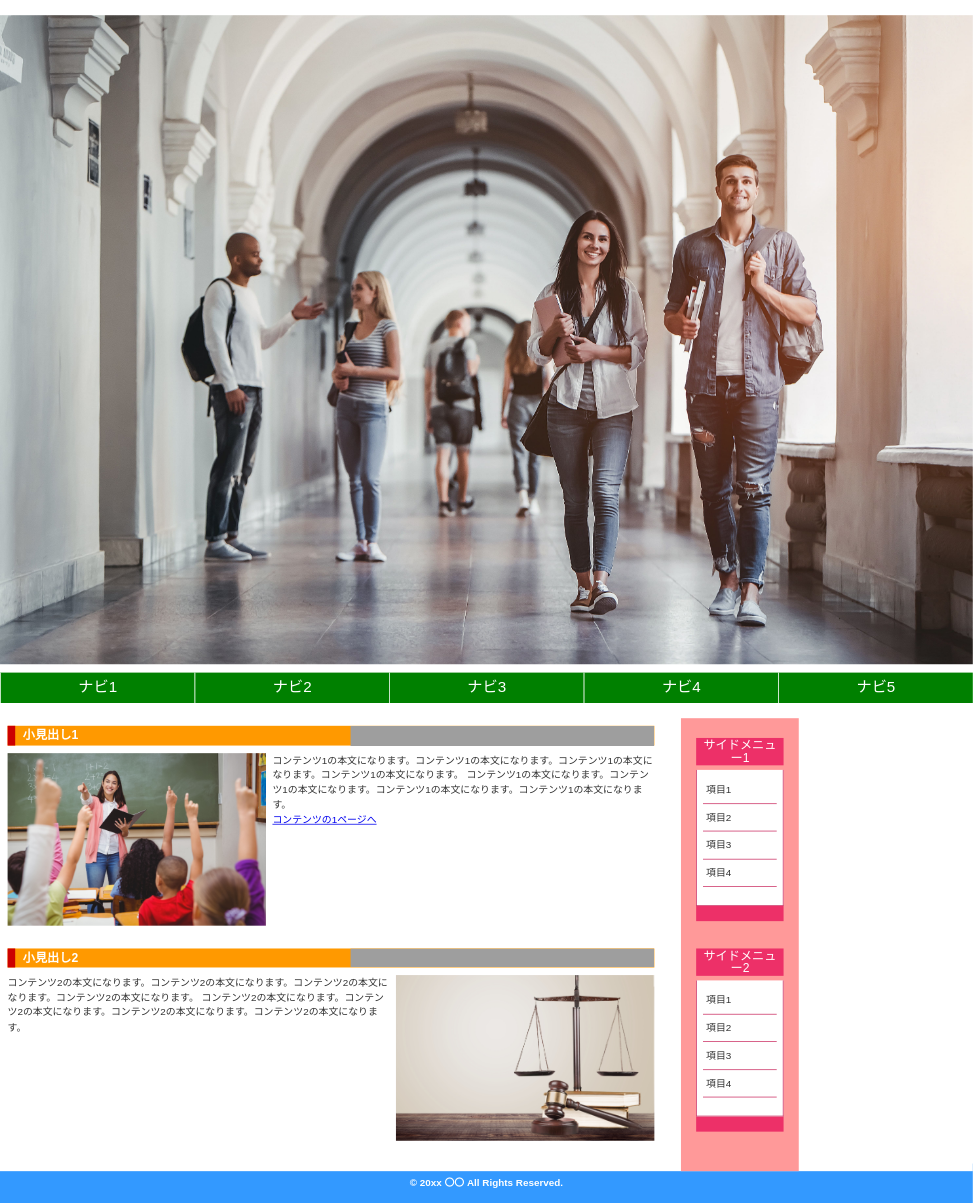
Repository: revolver67/samurai_HTML-CSS
Page: home.html
The author's editor kept a record of every edit. The page is drawn from the files as they stood at one moment, then again after the next edit.
The browser window is 1280 px wide. The pictures show the whole page, at 76% of full size.
Pictures or frames that could not be fetched are drawn as grey boxes.

Above is the page before.

After the next edit:
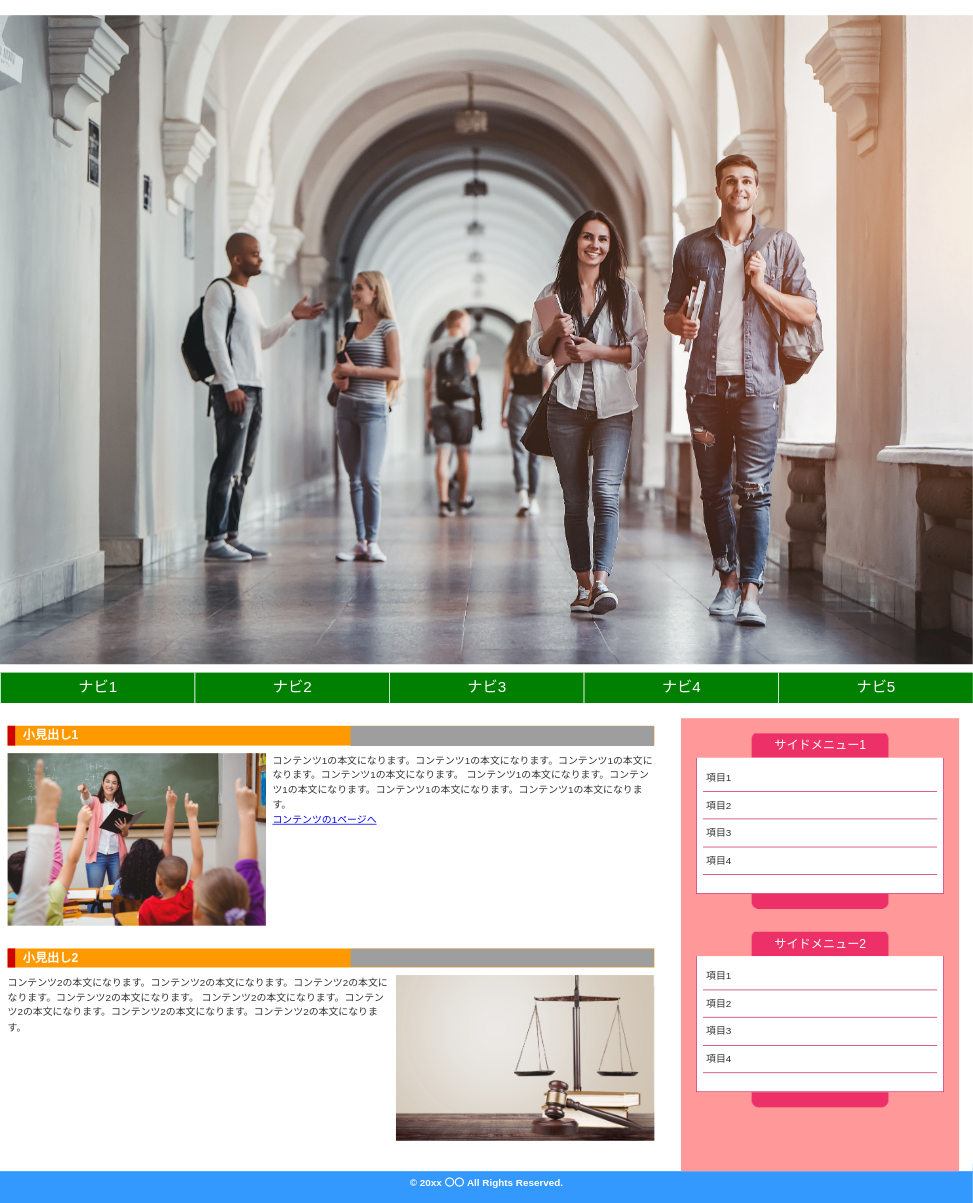
The edit:
--- a/stylesheet.css
+++ b/stylesheet.css
@@ -134,8 +134,8 @@
 
 /*-------------------- side -------------------------*/
 #side {
-    float: right;
-    width: 30%;
+    /*float: right;*/
+    width: 85%;
     padding: 20px;
     background-color: #F99;
 }
